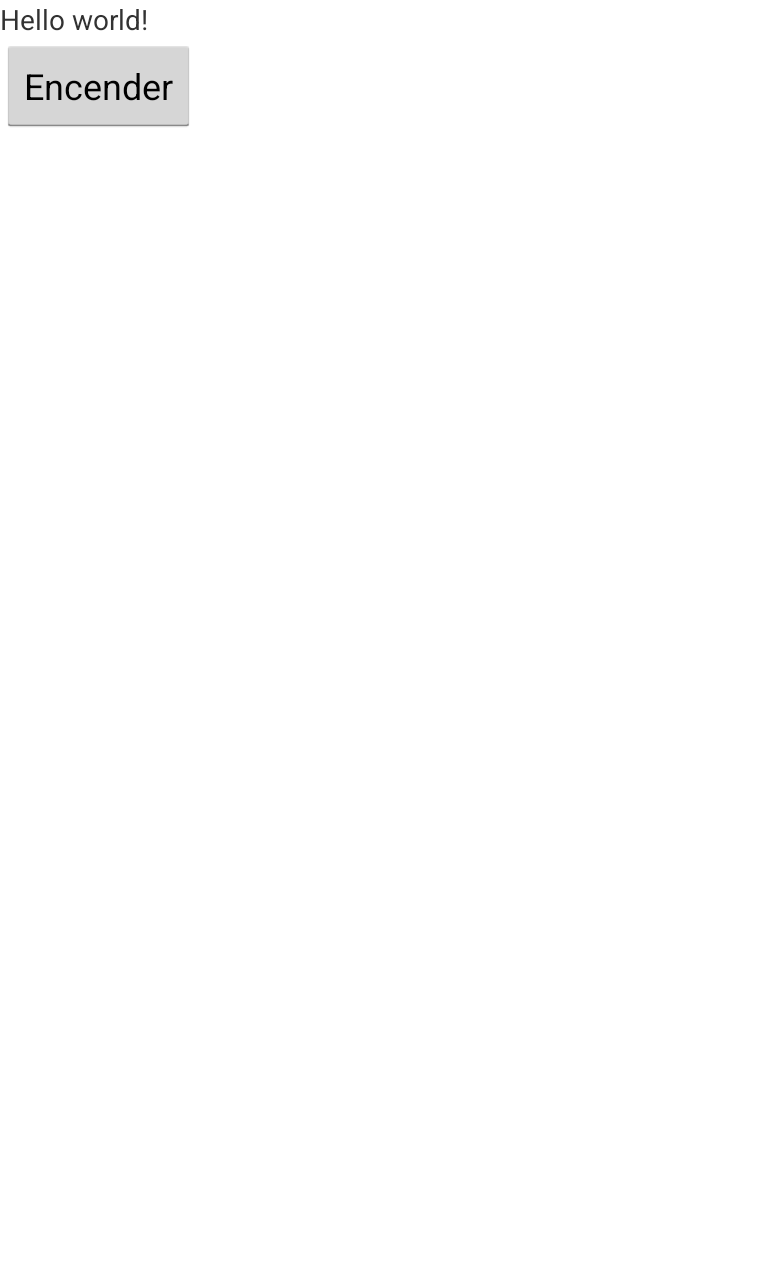
Repository: aludena18/wks_android
Layout: AndroidBTControl/res/layout/activity_living_room.xml
The author's editor kept a copy of each file at every save. The layout is drawn from the files as they stood at one save, then again after the next save.
It is drawn on a 768 x 1280 px phone screen (xhdpi) without system bars, with theme AppTheme; the app's code is not run.

Above is the layout before, as saved 2016-01-22 03:21:29.

### AndroidBTControl/res/layout/activity_living_room.xml
<LinearLayout xmlns:android="http://schemas.android.com/apk/res/android"
    xmlns:tools="http://schemas.android.com/tools"
    android:layout_width="match_parent"
    android:layout_height="match_parent"
    android:orientation="vertical"
    tools:context="com.alg.androidbtcontrol.LivingRoomActivity" >

    <TextView
        android:layout_width="wrap_content"
        android:layout_height="wrap_content"
        android:text="@string/hello_world" />

    <Button
        android:id="@+id/btnOn"
        android:layout_height="wrap_content"
        android:layout_width="wrap_content"
        android:text="@string/etqBtnOn"/>

</LinearLayout>

### AndroidBTControl/res/values/strings.xml
<?xml version="1.0" encoding="utf-8"?>
<resources>

    <string name="app_name">Android BT Control</string>
    <string name="hello_world">Hello world!</string>
    <string name="action_settings">Settings</string>
    <string name="etqTxvName">Empty</string>
    <string name="etqTxvAddress">Empty</string>
    <string name="etqBtnOn">Encender</string>
    <string name="title_activity_living_room">LivingRoomActivity</string>

</resources>

Loaded but not shown: AndroidBTControl/res/values/styles.xml (common file); AndroidBTControl/res/values-v11/styles.xml (common file); AndroidBTControl/res/values-v14/styles.xml (common file)

After the next save:
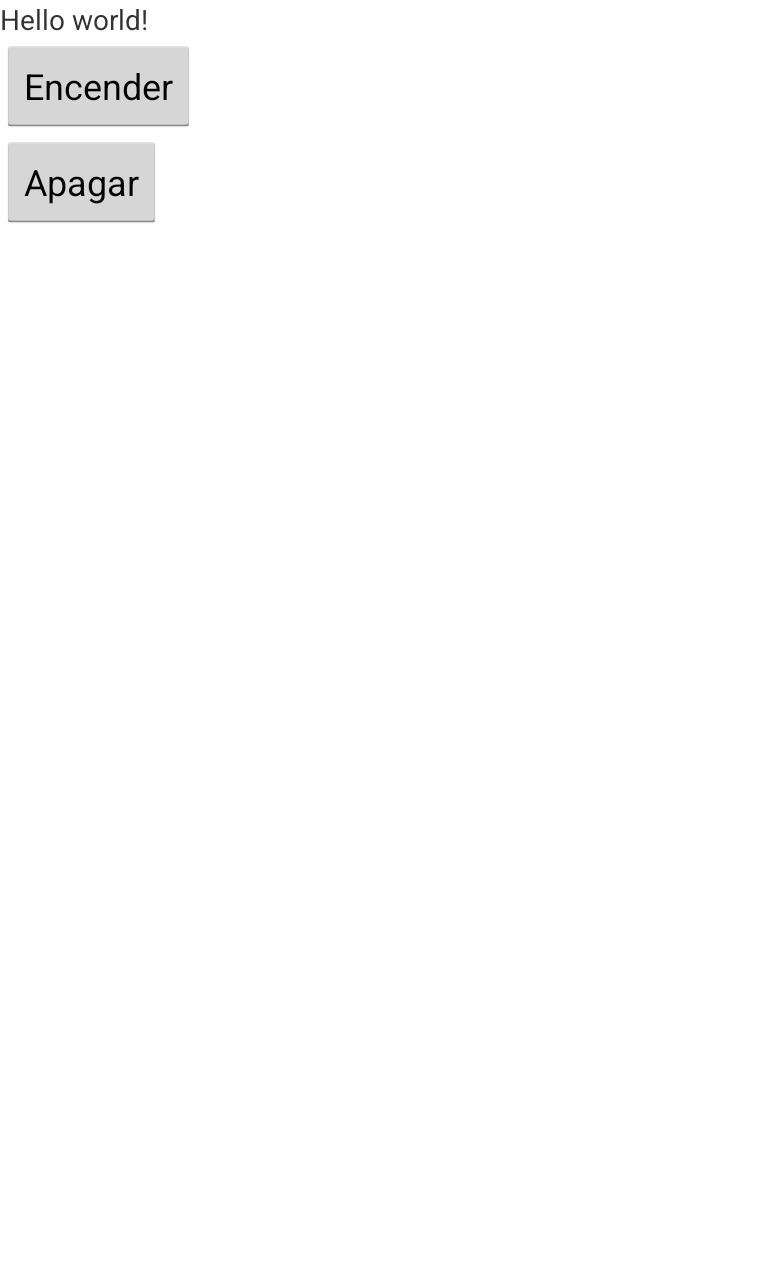
Saved 6 min 33 s later.
--- a/AndroidBTControl/res/layout/activity_living_room.xml
+++ b/AndroidBTControl/res/layout/activity_living_room.xml
@@ -16,4 +16,10 @@
         android:layout_width="wrap_content"
         android:text="@string/etqBtnOn"/>
 
+    <Button
+        android:id="@+id/btnOff"
+        android:layout_height="wrap_content"
+        android:layout_width="wrap_content"
+        android:text="@string/etqBtnOff"/>
+
 </LinearLayout>
--- a/AndroidBTControl/res/values/strings.xml
+++ b/AndroidBTControl/res/values/strings.xml
@@ -4,9 +4,12 @@
     <string name="app_name">Android BT Control</string>
     <string name="hello_world">Hello world!</string>
     <string name="action_settings">Settings</string>
+
     <string name="etqTxvName">Empty</string>
     <string name="etqTxvAddress">Empty</string>
     <string name="etqBtnOn">Encender</string>
+
     <string name="title_activity_living_room">LivingRoomActivity</string>
+    <string name="etqBtnOff">Apagar</string>
 
 </resources>
